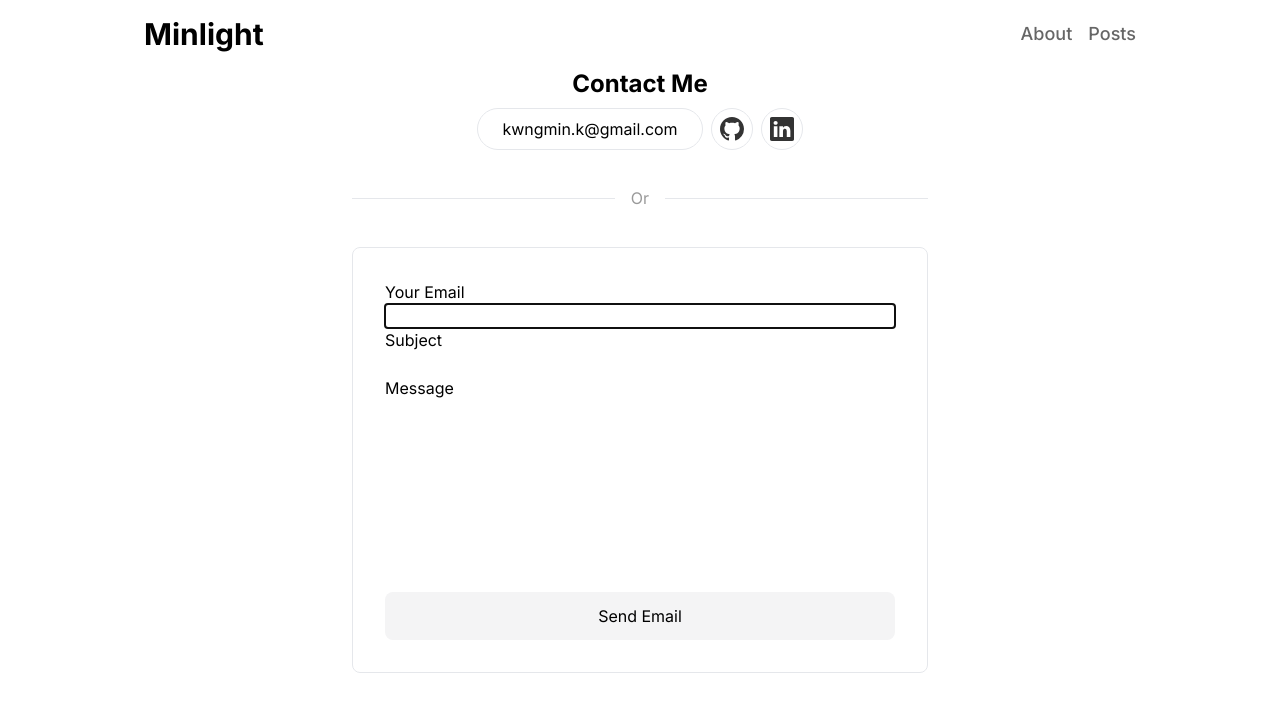
Repository: kwngmin/minlight-blog
Page: /contact
The author's editor kept a copy of each file at every save. The page is drawn from the files as they stood at one save, then again after the next save.
The browser window is 1280 px wide. The pictures show the whole page.
An inner scrolling area shows only its first screen. The project was rebuilt for these pictures with package versions that can differ from the ones it lists, and the page was loaded fresh each time. The framework's server and built-in components were replaced by stand-ins that run in the browser. Also part of the build but not shown: next.config.js, src/components/banner.tsx.

Above is the page before, as saved 2023-04-03 17:17:28.

After the next save:
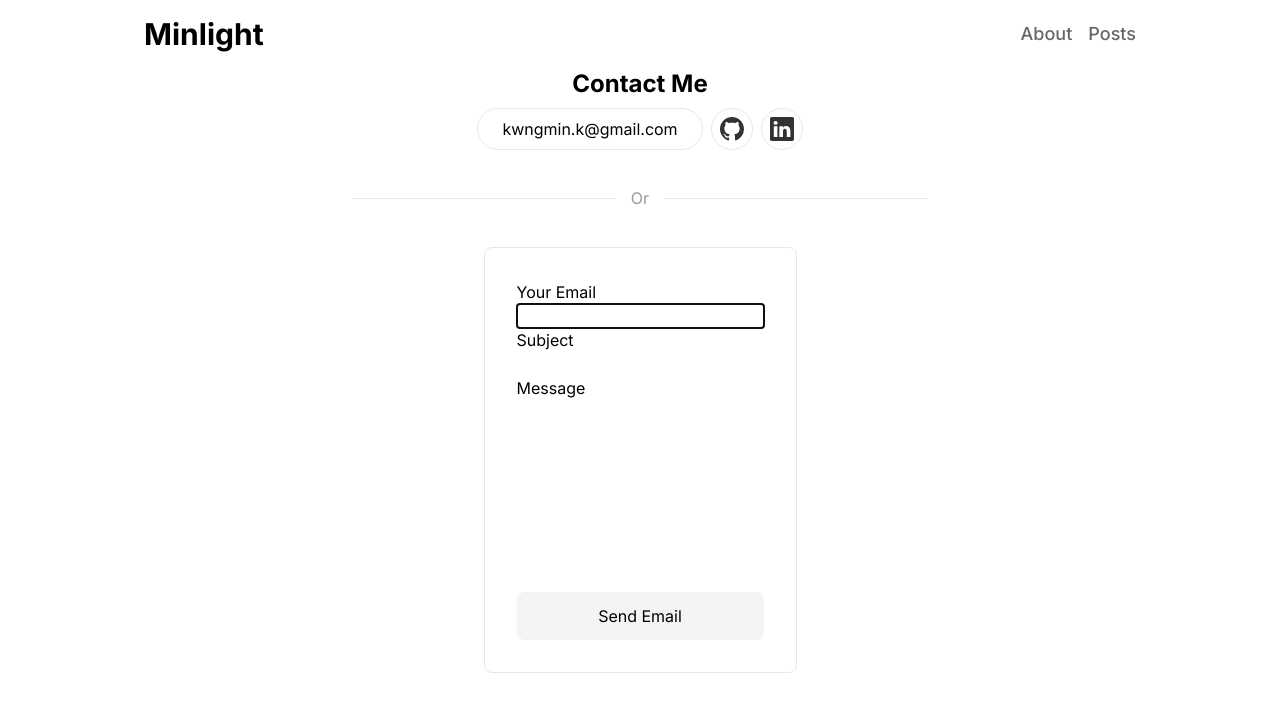
Saved 24 s later.
--- a/src/components/ContactForm.tsx
+++ b/src/components/ContactForm.tsx
@@ -33,7 +33,7 @@
     // });
   };
   return (
-    <>
+    <section>
       {banner && <Banner banner={banner} />}
       <form
         onSubmit={onSubmit}
@@ -73,6 +73,6 @@
           Send Email
         </button>
       </form>
-    </>
+    </section>
   );
 }

After the 2 saves that followed:
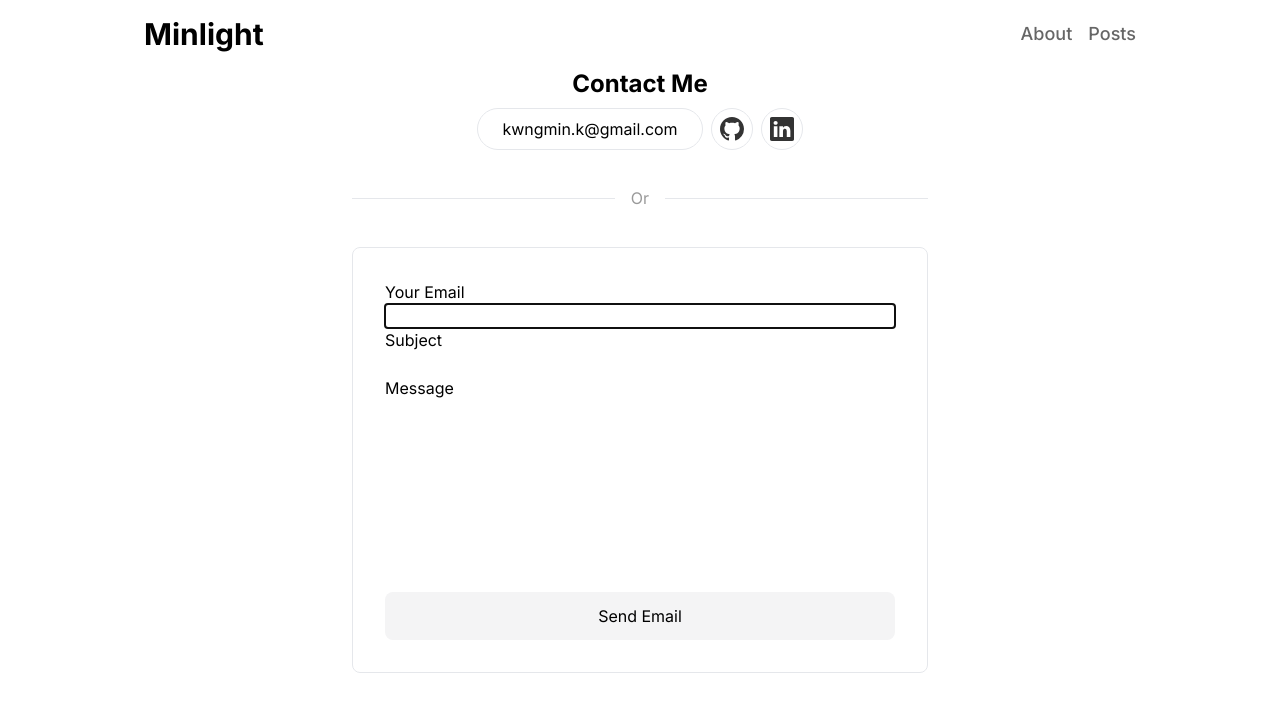
The 2 saves are shown as one change because they came seconds apart.
The last was saved 15 s later.
--- a/src/components/ContactForm.tsx
+++ b/src/components/ContactForm.tsx
@@ -33,7 +33,7 @@
     // });
   };
   return (
-    <section>
+    <section className="w-full">
       {banner && <Banner banner={banner} />}
       <form
         onSubmit={onSubmit}
